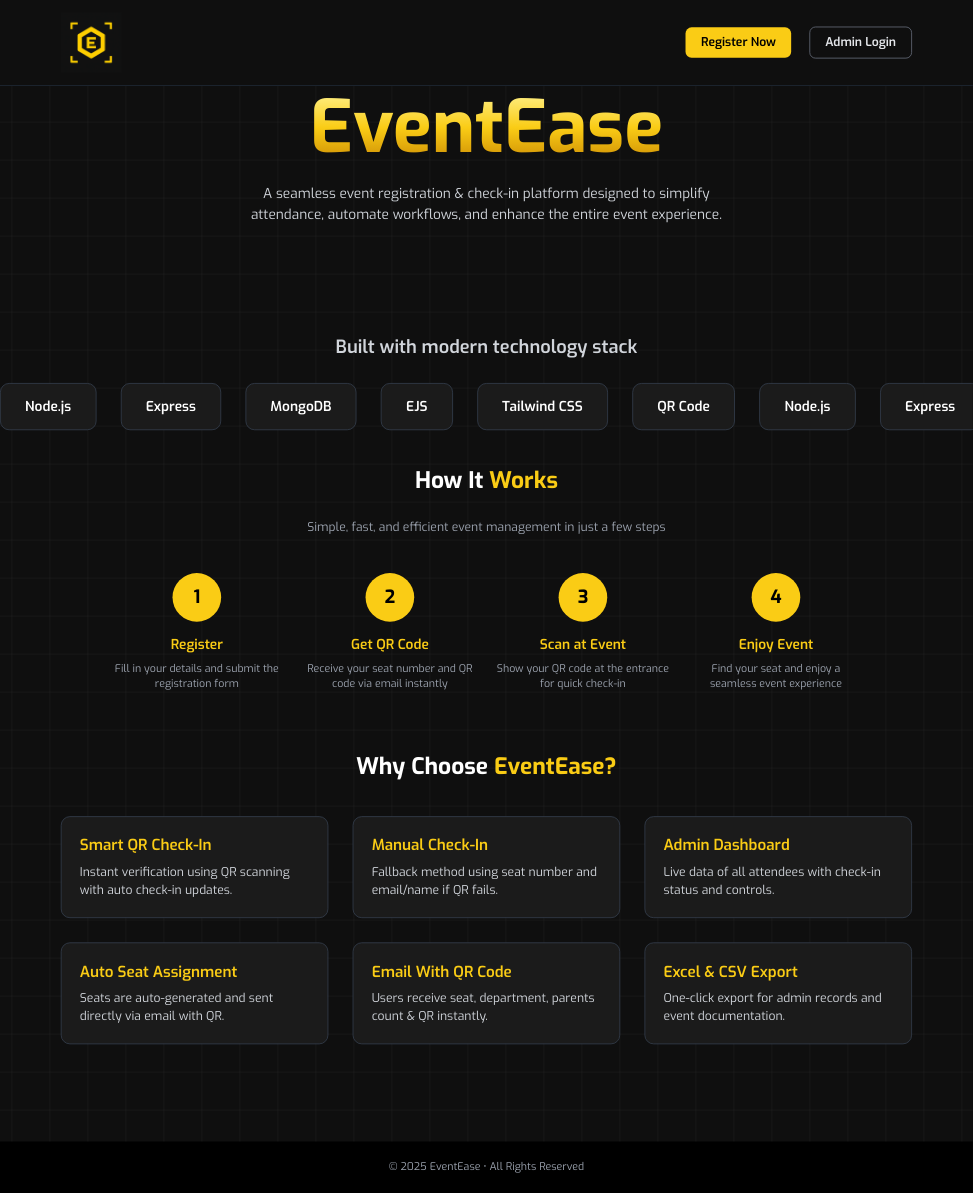
Repository: shravanramakunja/EventEase
Page: http://localhost/
An editor plug-in stored every save of this project. The page is shown before and after the next save, followed by the edit.
The browser window is 1280 px wide. The pictures show the whole page, at 76% of full size.
Some web libraries are served in a nearby version. The page is served by the project's Node server (server.js).

Above is the page before, as saved 2025-11-30 10:04:14.

After the next save:
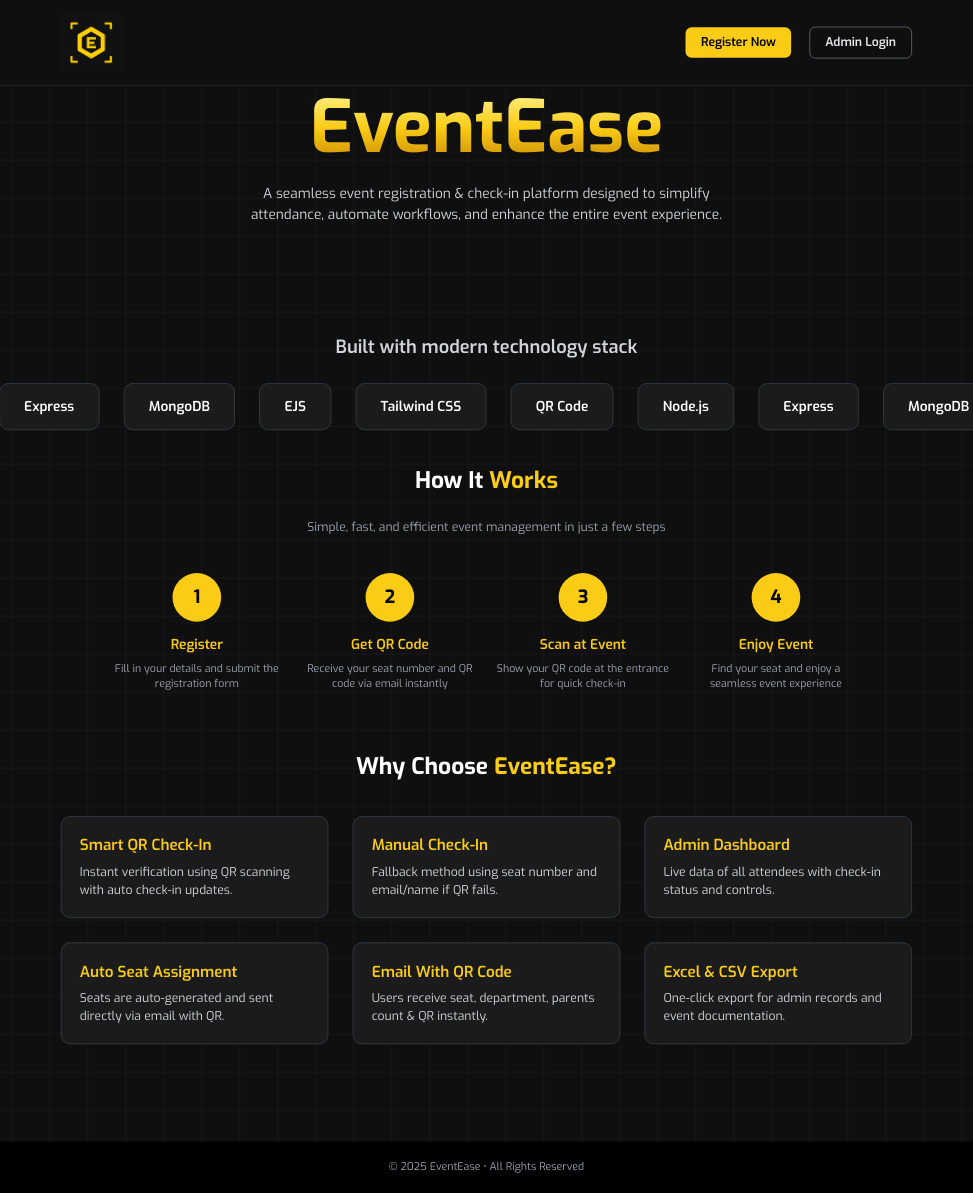
Saved 8 s later.
--- a/views/index.ejs
+++ b/views/index.ejs
@@ -14,6 +14,23 @@
       background-size: 50px 50px;
       background-position: center center;
     }
+
+    @keyframes scroll {
+      0% {
+        transform: translateX(0);
+      }
+      100% {
+        transform: translateX(-50%);
+      }
+    }
+
+    .animate-scroll {
+      animation: scroll 20s linear infinite;
+    }
+
+    .animate-scroll:hover {
+      animation-play-state: paused;
+    }
   </style>
 </head>
 
